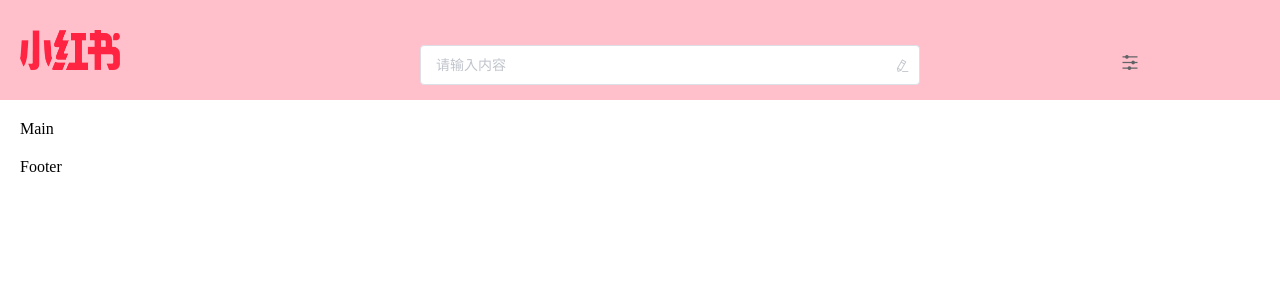
Repository: zhangshuaijie111/myproject-1
Page: /
An editor plug-in stored every save of this project. The page is shown before and after the next save, followed by the edit.
The browser window is 1280 px wide. The pictures show the whole page.
The project was rebuilt for these pictures with package versions that can differ from the ones it lists, and the page was loaded fresh each time. Also part of the build but not shown: vue.config.js.

Above is the page before, as saved 2023-07-18 18:21:22.

### src/App.vue
<template>
  <Main />
</template>

<script>
import Main from "./views/Main.vue";
export default {
  name: "App",
  components: {
    Main,
  },
};
</script>

<style>
* {
  margin: 0;
  padding: 0;
}
</style>

### src/views/Main.vue
<template>
  <div>
    <el-container>
      <el-header style="height: 100px">
        <CommonHeader />
      </el-header>
      <el-main>Main</el-main>
      <el-footer>Footer</el-footer>
    </el-container>
  </div>
</template>
<script>
import CommonHeader from "../components/CommonHeader.vue";
export default {
  components: {
    CommonHeader,
  },
};
</script>
<style lang="less">
.el-container {
  .el-header {
    width: 100vw;
    background-color: pink;
  }
}
</style>

### src/components/CommonHeader.vue
<template>
  <div>
    <img src="../assets/project-logo.png" />
    <el-autocomplete
      popper-class="my-autocomplete"
      v-model="state"
      :fetch-suggestions="querySearch"
      placeholder="请输入内容"
      @select="handleSelect"
    >
      <i
        class="el-icon-edit el-input__icon"
        slot="suffix"
        @click="handleIconClick"
      >
      </i>
      <template slot-scope="{ item }">
        <div class="name">{{ item.value }}</div>
        <span class="addr">{{ item.address }}</span>
      </template>
    </el-autocomplete>
    <el-dropdown @command="handleCommand">
      <span class="el-dropdown-link">
        <i class="el-icon-s-operation" style="font-size: 20px"></i>
      </span>
      <el-dropdown-menu slot="dropdown">
        <el-dropdown-item command="a">黄金糕</el-dropdown-item>
        <el-dropdown-item command="b">狮子头</el-dropdown-item>
      </el-dropdown-menu>
    </el-dropdown>
  </div>
</template>
<script>
export default {
  data() {
    return {
      restaurants: [],
      state: "",
    };
  },
  methods: {
    querySearch(queryString, cb) {
      var restaurants = this.restaurants;
      var results = queryString
        ? restaurants.filter(this.createFilter(queryString))
        : restaurants;
      // 调用 callback 返回建议列表的数据
      cb(results);
    },
    createFilter(queryString) {
      return (restaurant) => {
        return (
          restaurant.value.toLowerCase().indexOf(queryString.toLowerCase()) ===
          0
        );
      };
    },
    loadAll() {
      return [
        { value: "三全鲜食（北新泾店）", address: "长宁区新渔路144号" },
        {
          value: "Hot honey 首尔炸鸡（仙霞路）",
          address: "上海市长宁区淞虹路661号",
        },
        {
          value: "新旺角茶餐厅",
          address: "上海市普陀区真北路988号创邑金沙谷6号楼113",
        },
      ];
    },
    handleSelect(item) {
      console.log(item);
    },
    handleIconClick(ev) {
      console.log(ev);
    },
  },
  mounted() {
    this.restaurants = this.loadAll();
  },
};
</script>
<style lang="less">
img {
  width: 100px;
  height: 40px;
  margin-top: 30px;
}
.el-autocomplete {
  width: 500px;
  height: 60px;
  margin-left: 300px;
}
.my-autocomplete {
  li {
    line-height: normal;
    padding: 7px;

    .name {
      text-overflow: ellipsis;
      overflow: hidden;
    }
    .addr {
      font-size: 12px;
      color: #b4b4b4;
    }

    .highlighted .addr {
      color: #ddd;
    }
  }
}
i {
  margin-left: 200px;
}
</style>

### src/components/CommonMain.vue
<template>
  <el-tabs v-model="activeName" @tab-click="handleClick">
    <el-tab-pane label="用户管理" name="first">用户管理</el-tab-pane>
    <el-tab-pane label="配置管理" name="second">配置管理</el-tab-pane>
    <el-tab-pane label="角色管理" name="third">角色管理</el-tab-pane>
    <el-tab-pane label="定时任务补偿" name="fourth">定时任务补偿</el-tab-pane>
  </el-tabs>
</template>
<script>
export default {
  data() {
    return {
      activeName: "second",
    };
  },
  methods: {
    handleClick(tab, event) {
      console.log(tab, event);
    },
  },
};
</script>

Loaded but not shown: public/index.html (common file); src/main.js (common file)

After the next save:
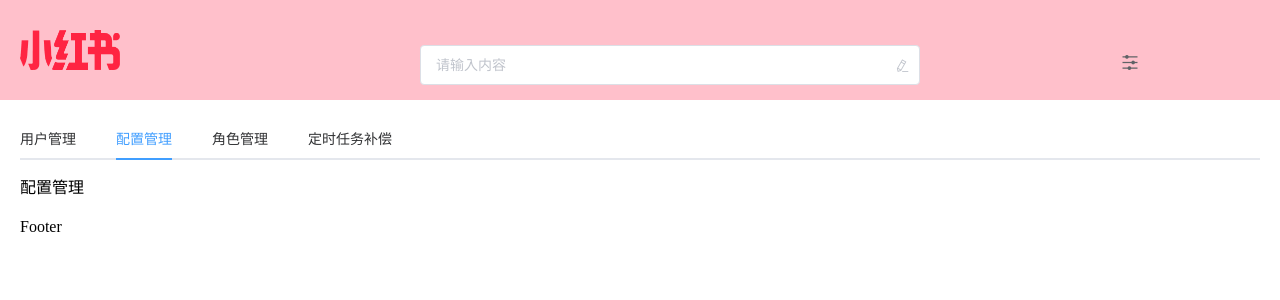
Saved 61 s later.
--- a/src/views/Main.vue
+++ b/src/views/Main.vue
@@ -4,16 +4,20 @@
       <el-header style="height: 100px">
         <CommonHeader />
       </el-header>
-      <el-main>Main</el-main>
+      <el-main>
+        <CommonMain />
+      </el-main>
       <el-footer>Footer</el-footer>
     </el-container>
   </div>
 </template>
 <script>
 import CommonHeader from "../components/CommonHeader.vue";
+import CommonMain from "../components/CommonMain.vue";
 export default {
   components: {
     CommonHeader,
+    CommonMain,
   },
 };
 </script>
